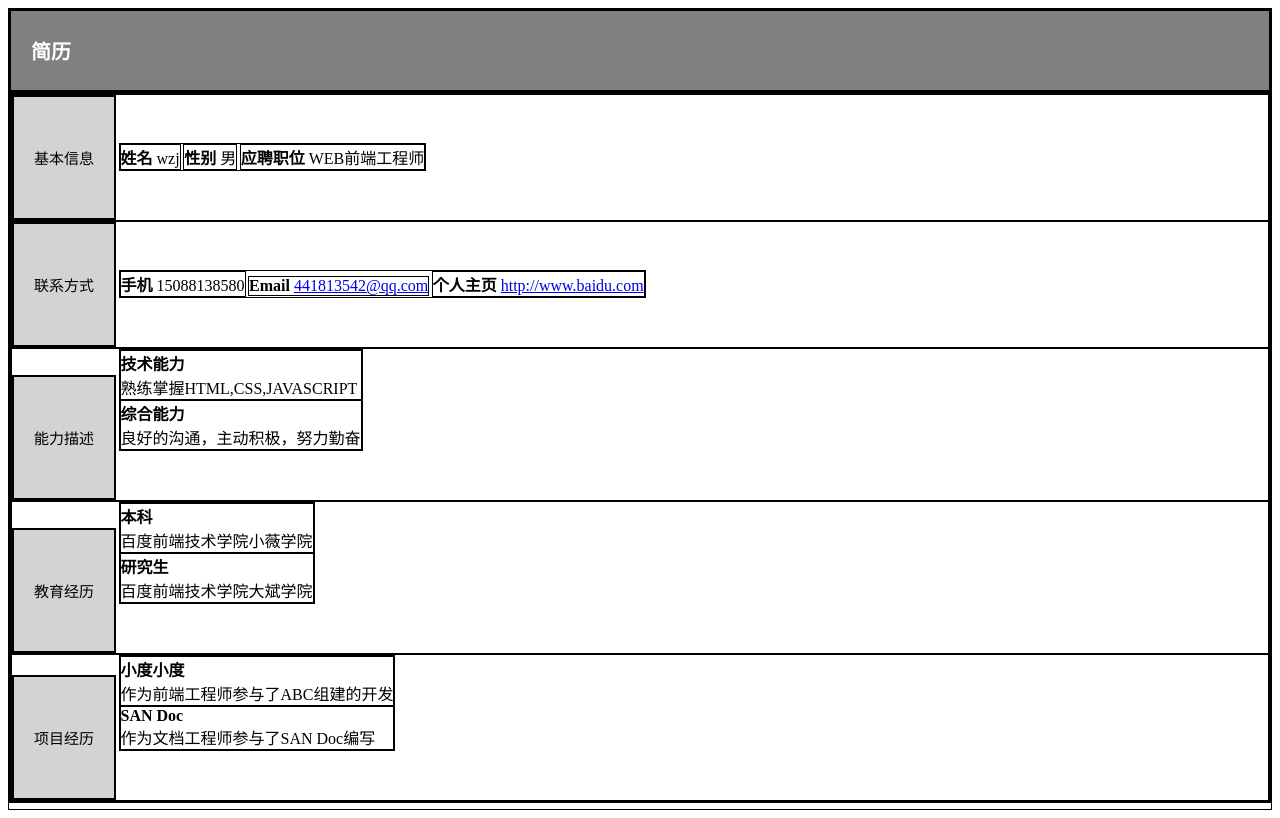
Repository: w441813542/webrecord
Page: day6_day7/jianli.html
These files come from the project's save history. The page is drawn as it stood at one moment and after the next save; the edit follows.
The browser window is 1280 px wide. The pictures show the whole page.

Above is the page before, as saved 2021-03-09 14:32:57.

After the next save:
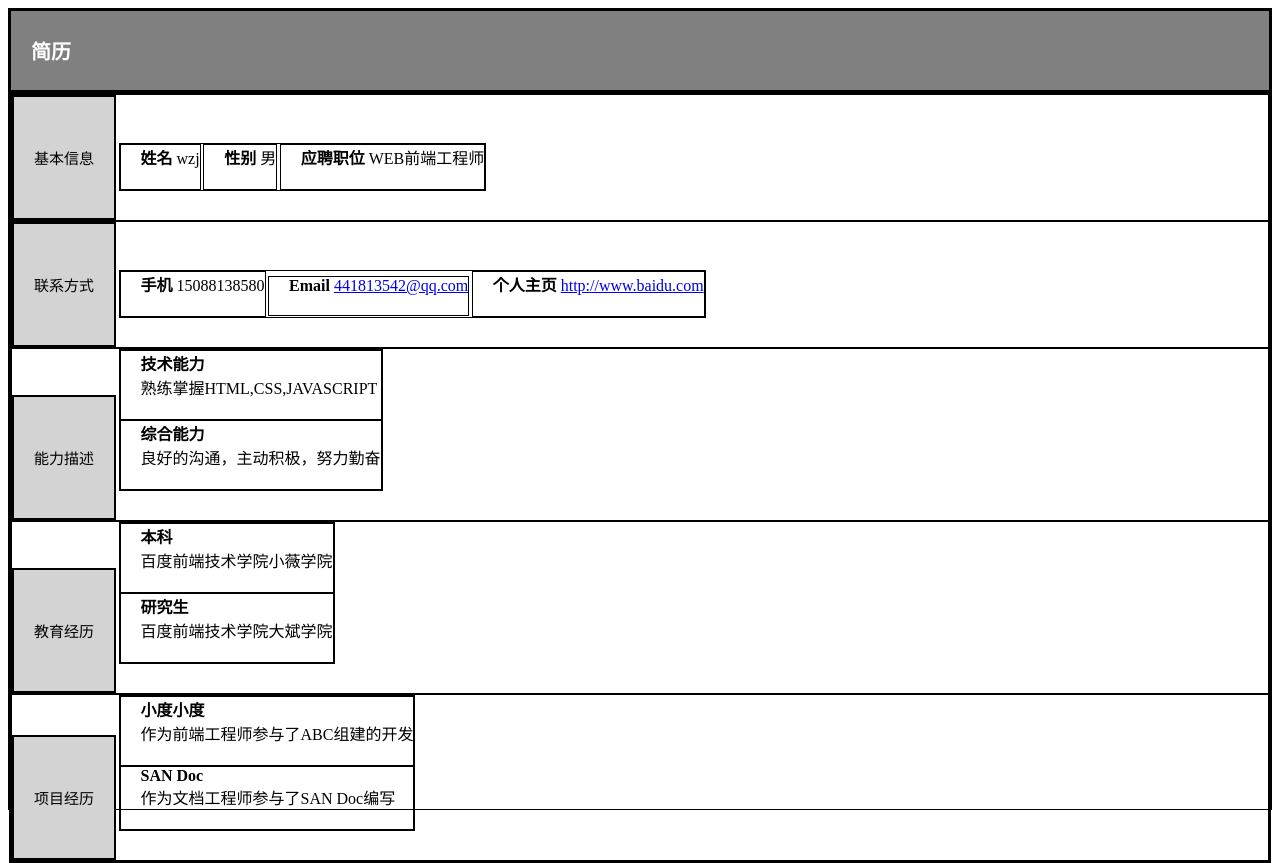
Saved 16 s later.
--- a/day6_day7/style_3.css
+++ b/day6_day7/style_3.css
@@ -8,6 +8,8 @@ div{
 
   .td {
     font-size: 1.6em;
+    padding-left: 20px;
+    padding-bottom: 20px;
     display: inline-block;
   }
 
@@ -56,5 +58,5 @@ div{
 
   .block{
     display: block;
-    padding: 0px;
+    padding-top: 0px;
   }
